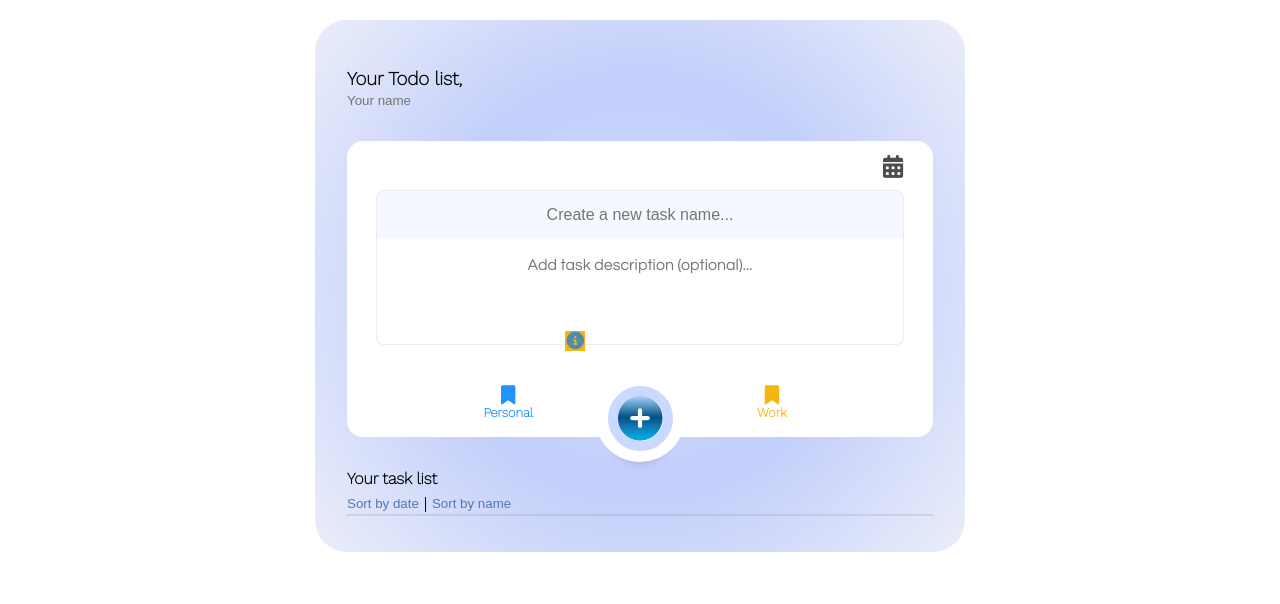
Repository: WesleyErasmus/Todo-App
Page: todoApp.html
The author's editor kept a copy of each file at every save. The page is drawn from the files as they stood at one save, then again after the next save.
The browser window is 1280 px wide. The pictures show the whole page.
Some web libraries are served in a nearby version.

Above is the page before, as saved 2022-06-26 18:28:03.

After the next save:
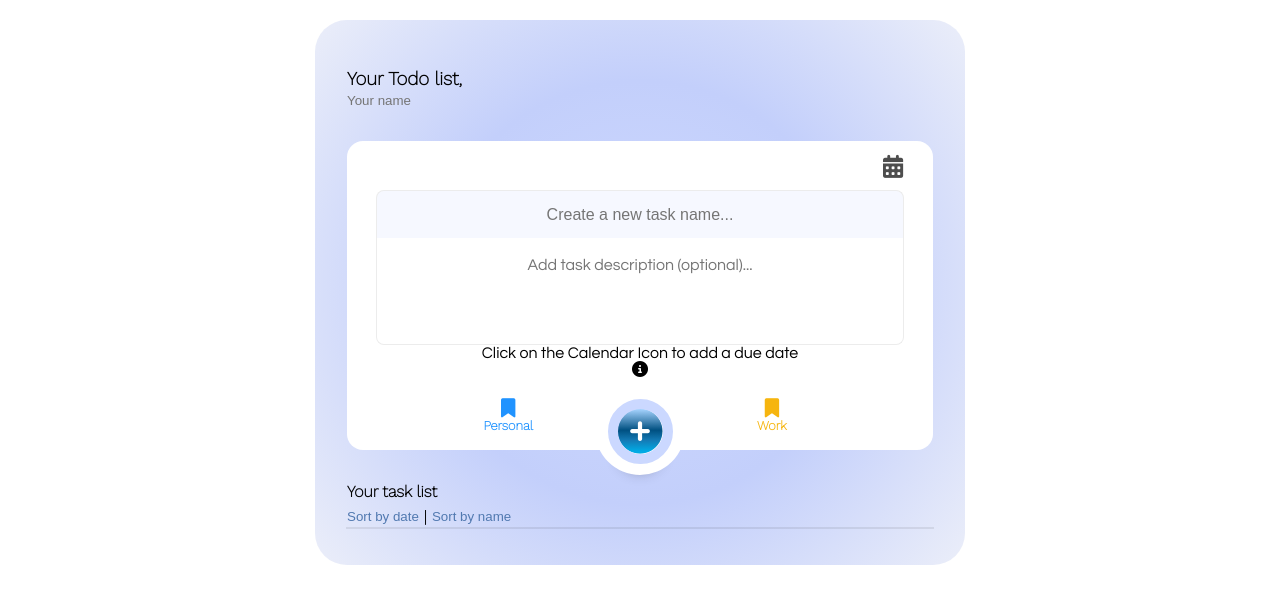
Saved 107 s later.
--- a/css/todoApp.css
+++ b/css/todoApp.css
@@ -148,49 +148,16 @@ header {
 /* ADD DUE DATE CALENDAR STYLING */
 /* Calendar icon positioning */
 
-/*Calendar Tooltip styling */
-.calendar-info-hover {
-  display: none;
-  position: absolute;
-  width: 290px;
-  height: 35px;
-  right: 50px;
-  top: -60px;
-  font-size: 0.85rem;
-  background-color: #f7f9ff;
-  color: var(--dark-grey);
-  text-align: center;
-  padding: 10px 0;
-  border-radius: 7px;
-  /* z-index: 1; */
-  box-shadow: var(--box-shadow);
-}
-/* Tooltip styling - adds tooltip arrow */
-.calendar-info::after {
-  content: "";
-  position: absolute;
-  top: 100%;
-  left: 85%;
-  margin-left: 10px;
-  border-width: 8px;
-  border-style: solid;
-  border-color: #d6e0ff transparent transparent transparent;
+
 }
 /* Calendar info icon */
 .fa-circle-info {
   font-size: 1.1rem;
-  padding: 0.1rem;
-  z-index: -100 !important;
-  color: #1e7edec2;
-}
-.test {
-  position: relative;
+  position: absolute;
   right: 65px;
   top: -14px;
-  width: 20px;
-  height: 20px;
-  background-color: #f6b50f;
-  z-index: 100 !important;
+  padding: 0.1rem;
+  color: #1e7edec2;
 }
 /* Hover over calendar to make tooltip visible */
 .test:hover + .calendar-info-hover {
